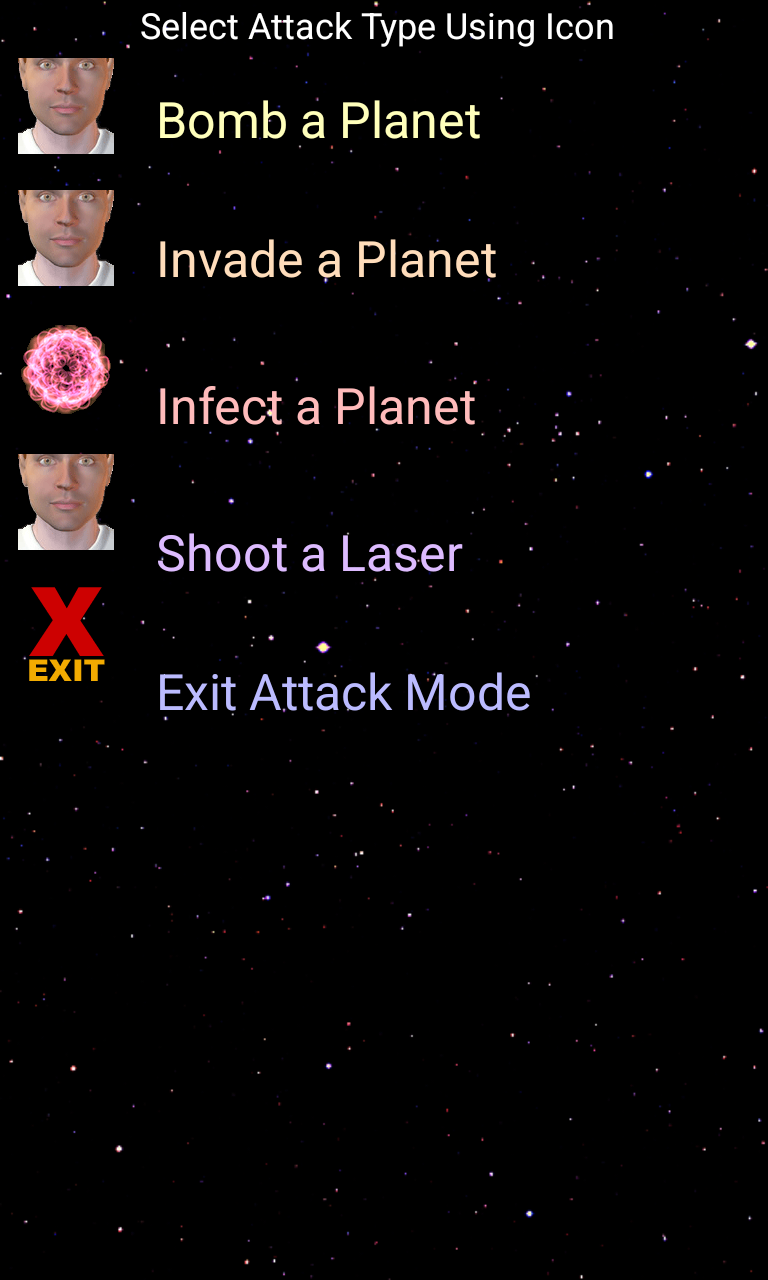
Repository: TimGirouard/tim-hobby-bucket
Layout: Android_Work/workspace/Hello_World/res/layout/activity_attack.xml
An editor plug-in stored every save of this project. The layout is shown before and after the next save, followed by the edit.
It is drawn on a 768 x 1280 px phone screen (xhdpi) without system bars, with theme AppTheme; the app's code is not run.

Above is the layout before, as saved 2014-01-19 21:09:40.

### Android_Work/workspace/Hello_World/res/layout/activity_attack.xml
<?xml version="1.0" encoding="utf-8"?>
<LinearLayout xmlns:android="http://schemas.android.com/apk/res/android"
    android:layout_width="match_parent"
    android:layout_height="match_parent"
    android:orientation="horizontal"
    android:background="@drawable/stars" >

    <LinearLayout
        android:layout_width="70dp"
	    android:layout_height="match_parent"
	    android:orientation="vertical"
	    android:layout_marginTop="20dp" >
    <ImageButton
        android:id="@+id/bombButton"
        android:background="#00000000"
        android:layout_width="wrap_content"
        android:layout_height="wrap_content"
        android:contentDescription="@string/content_desc_bomb"
        android:layout_margin="9dp"
        android:src="@drawable/attack_bomb"
        android:soundEffectsEnabled="true" />
    <ImageButton
        android:id="@+id/invadeButton"
        android:background="#00000000"
        android:layout_width="wrap_content"
        android:layout_height="wrap_content"
        android:contentDescription="@string/content_desc_invade"
        android:layout_margin="9dp"
        android:src="@drawable/attack_invade"
        android:soundEffectsEnabled="true" />
    <ImageButton
        android:id="@+id/infectButton"
        android:background="#00000000"
		android:layout_width="wrap_content"
        android:layout_height="wrap_content"
        android:contentDescription="@string/content_desc_virus"
        android:layout_margin="9dp"
        android:src="@drawable/attack_virus"
        android:soundEffectsEnabled="true" />
    <ImageButton
        android:id="@+id/laserButton"
        android:background="#00000000"
		android:layout_width="wrap_content"
        android:layout_height="wrap_content"
        android:contentDescription="@string/content_desc_laser"
        android:layout_margin="9dp"
        android:src="@drawable/attack_laser"
        android:soundEffectsEnabled="true" />
    <ImageButton
        android:id="@+id/exitButton"
        android:background="#00000000"
		android:layout_width="wrap_content"
        android:layout_height="wrap_content"
        android:contentDescription="@string/content_desc_exit"
        android:layout_margin="9dp"
        android:src="@drawable/attackexit"
        android:soundEffectsEnabled="true" />
    </LinearLayout>
    <LinearLayout
        android:layout_width="match_parent"
	    android:layout_height="match_parent"
	    android:orientation="vertical" >
    <TextView
        android:textColor="#FFFFFF"
        android:textSize="18sp"
        android:layout_width="wrap_content"
        android:layout_height="wrap_content"
        android:text="@string/attack_planet_caption" />

    <TextView
        android:textColor="#FFFFBB"
        android:textSize="25sp"
        android:layout_marginTop="18dp"
        android:layout_width="wrap_content"
        android:layout_height="wrap_content"
        android:layout_marginLeft="8dp"
        android:text="@string/attack_planet_bomb" />

    <TextView
        android:textColor="#FFDDBB"
        android:textSize="25sp"
        android:layout_marginTop="36dp"
        android:layout_width="wrap_content"
        android:layout_height="wrap_content"
        android:layout_marginLeft="8dp"
        android:text="@string/attack_planet_invade" />

    <TextView
        android:textColor="#FFBBBB"
        android:textSize="25sp"
        android:layout_marginTop="40dp"
        android:layout_width="wrap_content"
        android:layout_height="wrap_content"
        android:layout_marginLeft="8dp"
        android:text="@string/attack_planet_infect" />

    <TextView
        android:textColor="#DDBBFF"
        android:textSize="25sp"
        android:layout_marginTop="40dp"
        android:layout_width="wrap_content"
        android:layout_height="wrap_content"
        android:layout_marginLeft="8dp"
        android:text="@string/attack_planet_laser" />

    <TextView
        android:textColor="#BBBBFF"
        android:textSize="25sp"
        android:layout_marginTop="36dp"
        android:layout_width="wrap_content"
        android:layout_height="wrap_content"
        android:layout_marginLeft="8dp"
        android:text="@string/attack_planet_exit" />
    </LinearLayout>
</LinearLayout>

### Android_Work/workspace/Hello_World/res/values/strings.xml
<?xml version="1.0" encoding="utf-8"?>
<resources>

    <string name="app_name">Hello_World</string>
    <string name="hello_world">Hello world!</string>
    <string name="add_planet_caption">Click Planet to Add</string>
    <string name="planet_name_label">Planet Name: </string>
	<string name="planet_mass_label">Planet Mass: </string>
	<string name="planet_gravity_label">Planet Gravity: </string>
	<string name="planet_colonies_label">Planet Colonies: </string>
	<string name="planet_population_label">Planet Population: </string>
	<string name="planet_military_label">Planet Military: </string>
	<string name="planet_bases_label">Planet Bases: </string>
	<string name="planet_forcefield_label">Planet Forcefield: </string>
    <string name="menu_add_planet">Add a New Planet</string>
    <string name="menu_config_planet">Configure Planet</string>
    <string name="menu_travel_planet">Travel to Planet</string>
    <string name="menu_attack_planet">Attack on Planet</string>
    <string name="menu_home_planet">Show Home Planet</string>
	<string name="content_desc_earth">Planet Earth</string>
	<string name="content_desc_mars">Planet Mars</string>
	<string name="content_desc_venus">Planet Venus</string>
	<string name="content_desc_jupiter">Planet Jupiter</string>
	<string name="content_desc_saturn">Planet Saturn</string>
	<string name="content_desc_neptune">Planet Neptune</string>
	<string name="button_name_colonies">Add Colonies</string>
	<string name="button_name_colonists">Add Colonists</string>
	<string name="button_name_bases">Add Bases</string>
	<string name="button_name_military">Add Military</string>
	<string name="button_name_ffon">Forcefield On</string>
	<string name="button_name_ffoff">Forcefield Off</string>
	<string name="button_name_done">Done Configuring</string>
	<string name="button_name_done_add">All Done!</string>
	<string name="content_desc_bomb">Bomb the Planet</string>
	<string name="content_desc_invade">Invade the Planet</string>
	<string name="content_desc_virus">Infect Planet with Virus</string>
	<string name="content_desc_laser">Fire Laser at Planet</string>
	<string name="content_desc_exit">Exit to Home Planet</string>
	<string name="attack_planet_caption">Select Attack Type Using Icon</string>
	<string name="attack_planet_bomb">Bomb a Planet</string>
	<string name="attack_planet_invade">Invade a Planet</string>
	<string name="attack_planet_infect">Infect a Planet</string>
	<string name="attack_planet_laser">Shoot a Laser</string>
	<string name="attack_planet_exit">Exit Attack Mode</string>


	<string name="button_name_return">Return Home</string>
</resources>

### Android_Work/workspace/Hello_World/res/drawable/attack_bomb.xml
<?xml version="1.0" encoding="utf-8"?>
<selector xmlns:android="http://schemas.android.com/apk/res/android" >

    <item android:state_pressed="true" android:drawable="@drawable/attackinvadepress" />
	<item android:state_focused="true" android:drawable="@drawable/attackinvadefocus" />
	<item android:drawable="@drawable/attackinvade" />

</selector>

### Android_Work/workspace/Hello_World/res/drawable/attack_invade.xml
<?xml version="1.0" encoding="utf-8"?>
<selector xmlns:android="http://schemas.android.com/apk/res/android" >

    <item android:state_pressed="true" android:drawable="@drawable/attackinvadepress" />
	<item android:state_focused="true" android:drawable="@drawable/attackinvadefocus" />
	<item android:drawable="@drawable/attackinvade" />

</selector>

### Android_Work/workspace/Hello_World/res/drawable/attack_virus.xml
<?xml version="1.0" encoding="utf-8"?>
<selector xmlns:android="http://schemas.android.com/apk/res/android" >

    <item android:state_pressed="true" android:drawable="@drawable/attackviruspress" />
	<item android:state_focused="true" android:drawable="@drawable/attackvirusfocus" />
	<item android:drawable="@drawable/attackvirus" />

</selector>

### Android_Work/workspace/Hello_World/res/drawable/attack_laser.xml
<?xml version="1.0" encoding="utf-8"?>
<selector xmlns:android="http://schemas.android.com/apk/res/android" >

    <item android:state_pressed="true" android:drawable="@drawable/attackinvadepress" />
	<item android:state_focused="true" android:drawable="@drawable/attackinvadefocus" />
	<item android:drawable="@drawable/attackinvade" />

</selector>

Loaded but not shown: Android_Work/workspace/Hello_World/res/values/styles.xml (common file); Android_Work/workspace/Hello_World/res/values-v11/styles.xml (common file); Android_Work/workspace/Hello_World/res/values-v14/styles.xml (common file)

After the next save:
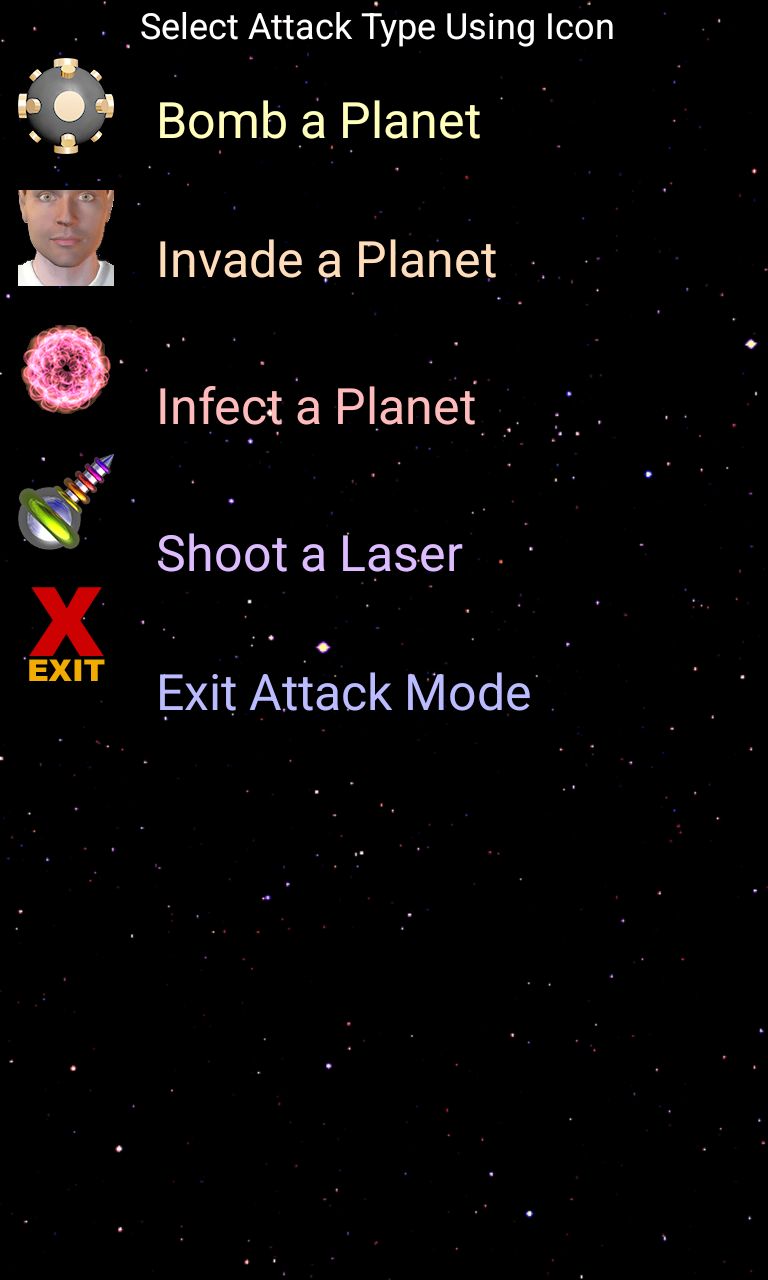
Saved 2 min 23 s later.
--- a/Android_Work/workspace/Hello_World/res/drawable/attack_bomb.xml
+++ b/Android_Work/workspace/Hello_World/res/drawable/attack_bomb.xml
@@ -1,8 +1,8 @@
 <?xml version="1.0" encoding="utf-8"?>
 <selector xmlns:android="http://schemas.android.com/apk/res/android" >
 
-    <item android:state_pressed="true" android:drawable="@drawable/attackinvadepress" />
-	<item android:state_focused="true" android:drawable="@drawable/attackinvadefocus" />
-	<item android:drawable="@drawable/attackinvade" />
+    <item android:state_pressed="true" android:drawable="@drawable/attackbombpress" />
+	<item android:state_focused="true" android:drawable="@drawable/attackbombfocus" />
+	<item android:drawable="@drawable/attackbomb" />
 
 </selector>
--- a/Android_Work/workspace/Hello_World/res/drawable/attack_laser.xml
+++ b/Android_Work/workspace/Hello_World/res/drawable/attack_laser.xml
@@ -1,8 +1,8 @@
 <?xml version="1.0" encoding="utf-8"?>
 <selector xmlns:android="http://schemas.android.com/apk/res/android" >
 
-    <item android:state_pressed="true" android:drawable="@drawable/attackinvadepress" />
-	<item android:state_focused="true" android:drawable="@drawable/attackinvadefocus" />
-	<item android:drawable="@drawable/attackinvade" />
+    <item android:state_pressed="true" android:drawable="@drawable/attacklaserpress" />
+	<item android:state_focused="true" android:drawable="@drawable/attacklaserfocus" />
+	<item android:drawable="@drawable/attacklaser" />
 
 </selector>
